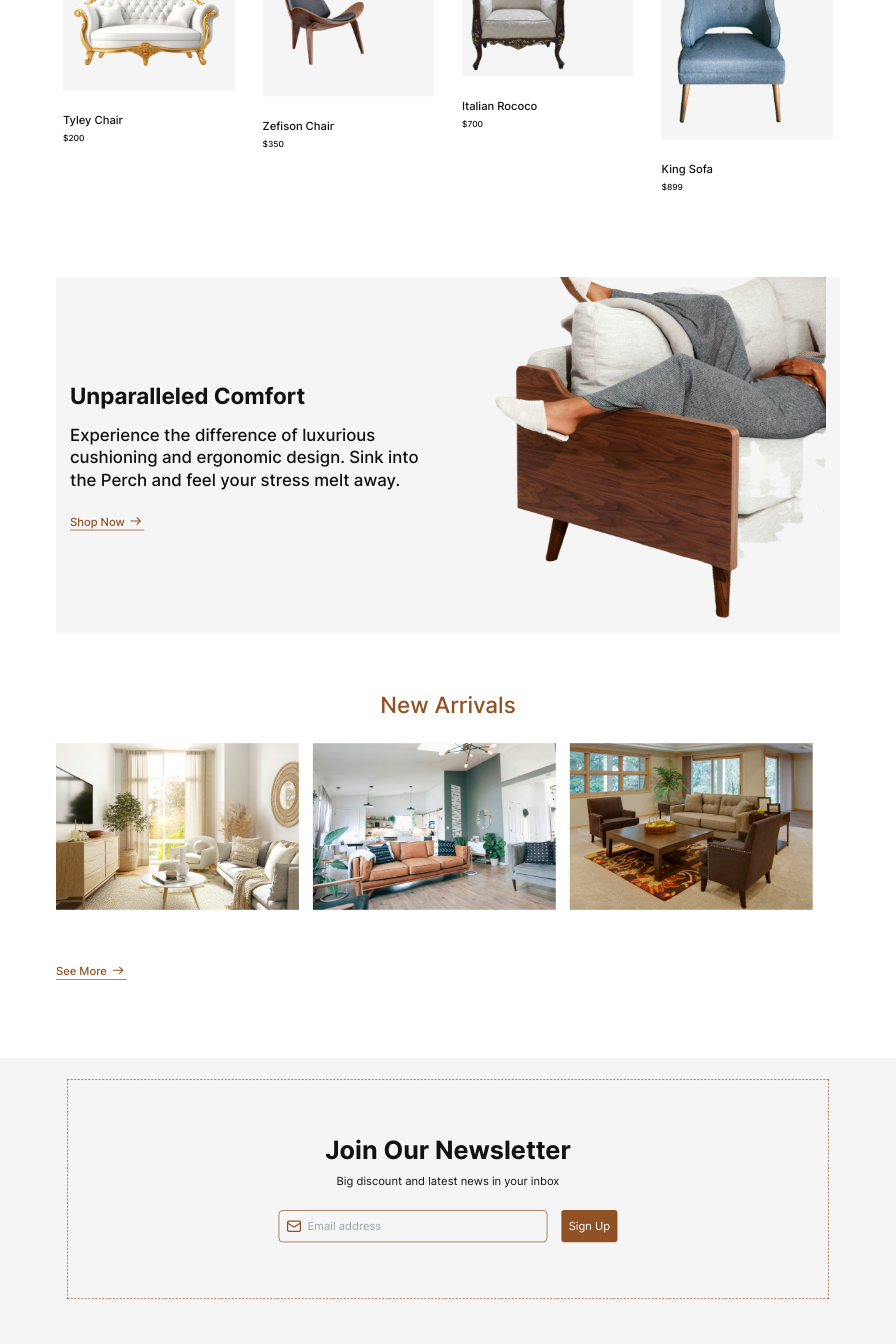
Repository: abdulmalikyusuf/HNG11-Stage02
Page: /
The author's editor kept a copy of each file at every save. The page is drawn from the files as they stood at one save, then again after the next save.
The browser window is 1280 px wide. The pictures show the part of the page from y = 1954 to 3874 px (the page is 4121 px tall before and 3975 px after), at 70% of full size.
The project was rebuilt for these pictures with package versions that can differ from the ones it lists, and the page was loaded fresh each time. Also part of the build but not shown: vite.config.ts.

Above is the page before, as saved 2024-07-07 17:09:09.

### index.html
<!DOCTYPE html>
<html lang="en">
  <head>
    <meta charset="UTF-8" />
    <!-- <link rel="icon" type="image/svg+xml" href="/vite.svg" /> -->
    <meta name="viewport" content="width=device-width, initial-scale=1.0" />
    <title>Pearch E-Commerce App</title>
  </head>
  <body>
    <div id="root"></div>
    <script type="module" src="/src/main.tsx"></script>
  </body>
</html>

### src/App.tsx
import { createBrowserRouter, RouterProvider } from "react-router-dom";

import RootLayout from "@/routes/root";
import IndexPage from "@/routes";
import "./App.css";

const router = createBrowserRouter([
  {
    path: "/",
    element: <RootLayout />,
    // errorElement: <ErrorPage />,
    children: [
      {
        index: true,
        element: <IndexPage />,
      },
      {
        path: "cart",
        element: <p>Cart</p>,
      },
      {
        path: "checkout",
        element: <p>Checkout</p>,
      },
    ],
  },
]);

function App() {
  return <RouterProvider router={router} />;
}

export default App;

### src/index.css
:root {
  font-family: Inter, system-ui, Avenir, Helvetica, Arial, sans-serif;
  line-height: 1.5;
  font-weight: 400;

  color-scheme: light dark;
  /* color: rgba(255, 255, 255, 0.87);
  background-color: #242424; */

  font-synthesis: none;
  text-rendering: optimizeLegibility;
  -webkit-font-smoothing: antialiased;
  -moz-osx-font-smoothing: grayscale;
}
@font-face {
  font-family: Inter;
  src: url(fonts/Inter.ttf) format("truetype");
}
@font-face {
  font-family: SpaceGrotesk;
  src: url(fonts/SpaceGrotesk.ttf) format("truetype");
}
@font-face {
  font-family: NicoMoji;
  src: url(fonts/NicoMoji-Regular.ttf) format("truetype");
}

### src/routes/root.tsx
import { Outlet } from "react-router-dom";

import Footer from "@/components/footer";
import Header from "@/components/header";

function RootLayout() {
  return (
    <>
      <Header />
      <Outlet />
      <div className="flow-root">
        <Footer />
      </div>
    </>
  );
}

export default RootLayout;

### src/routes/index.tsx
import { Link } from "react-router-dom";

import ChairHero from "@/assets/img/83417461_Slipper -2 1.png";
import Chair1 from "@/assets/img/vertical-shot-wooden-chair-white 1.png";
import Chair2 from "@/assets/img/83419490_Wingback Chair -4.png";
import Chair3 from "@/assets/img/7043761_861.png";
import BannerImage from "@/assets/img/unsplash_348dJPXEFHk.png";
import MoreChairImage1 from "@/assets/img/unsplash_Kh4tedFdHz4.png";
import MoreChairImage2 from "@/assets/img/unsplash_L7EwHkq1B2s.png";
import MoreChairImage3 from "@/assets/img/unsplash_Gh_UjjYoVwk.png";
import NewArrival1 from "@/assets/img/new-arrivals/81678229_Luxury white and golden sofa -3 1.png";
import NewArrival2 from "@/assets/img/new-arrivals/Paste image.png";
import NewArrival3 from "@/assets/img/new-arrivals/unsplash_IjTqniVFP1Y.png";
import NewArrival4 from "@/assets/img/new-arrivals/unsplash_ItMggD0EguY.png";

const newArrivals = [
  { image: NewArrival1, name: "Tyley Chair", price: 200 },
  { image: NewArrival2, name: "Zefison Chair", price: 350 },
  { image: NewArrival3, name: "Italian Rococo", price: 700 },
  { image: NewArrival4, name: "King Sofa", price: 899 },
];
function IndexPage() {
  return (
    <>
      <div className="flex items-center gap-24 bg-[#F5F5F5] px-[100px] py-13">
        <div className="flex flex-col gap-24">
          <div className="text-6xl font-bold">
            <h2 className="text-black">Elevate Your</h2>
            <h2 className="uppercase text-primary">comfort</h2>
          </div>
          <div className="font-semibold text-xl leading-6 flex flex-col gap-6">
            <p className="">Want comfort and style? Perch is for you.</p>
            <p className="text-primary">See collection</p>
          </div>
        </div>
        <div className="flex-1">
          <img src={ChairHero} alt="A chair from pearch website" className="" />
        </div>
      </div>
      <div className="px-4 md:px-10 lg:13 xl:px-20 2xl:px-24 flex flex-col gap-20 mb-28">
        <div className="py-[88px]">
          <div className="grid grid-cols-2 grid-rows-2 items-stretch gap-x-5 gap-y-6">
            <div className="row-span-2">
              <div className="p-[30px] bg-miscellaneous flex flex-col">
                <div className="flex-1 flex flex-col gap-3">
                  <h5 className="text-[28px] font-semibold">Scandinavian</h5>
                  <Link
                    to=""
                    className="w-fit font-medium text-primary border-b border-primary inline-flex items-center gap-1"
                  >
                    Shop Now{" "}
                    <span className="">
                      <svg
                        xmlns="http://www.w3.org/2000/svg"
                        width="24"
                        height="25"
                        viewBox="0 0 24 25"
                        fill="none"
                      >
                        <mask
                          id="mask0_18_143"
                          style={{ maskType: "alpha" }}
                          maskUnits="userSpaceOnUse"
                          x="0"
                          y="0"
                          width="24"
                          height="25"
                        >
                          <rect y="0.5" width="24" height="24" fill="#D9D9D9" />
                        </mask>
                        <g mask="url(#mask0_18_143)">
                          <path
                            d="M13.8462 18.1538L12.7923 17.0693L16.6115 13.25H4.5V11.75H16.6115L12.7923 7.93075L13.8462 6.84625L19.5 12.5L13.8462 18.1538Z"
                            fill="#905125"
                          />
                        </g>
                      </svg>
                    </span>
                  </Link>
                </div>
                <div className="self-end -mt-20">
                  <img src={Chair1} alt="" className="" />
                </div>
              </div>
            </div>
            <div className="p-[30px] bg-miscellaneous flex items-end justify-between">
              <div className="flex-1 flex flex-col gap-3">
                <h5 className="text-[28px] font-semibold">Chesterfield</h5>
                <Link
                  to=""
                  className="w-fit font-medium text-primary border-b border-primary inline-flex items-center gap-1"
                >
                  Shop Now{" "}
                  <span className="">
                    <svg
                      xmlns="http://www.w3.org/2000/svg"
                      width="24"
                      height="25"
                      viewBox="0 0 24 25"
                      fill="none"
                    >
                      <mask
                        id="mask0_18_143"
                        style={{ maskType: "alpha" }}
                        maskUnits="userSpaceOnUse"
                        x="0"
                        y="0"
                        width="24"
                        height="25"
                      >
                        <rect y="0.5" width="24" height="24" fill="#D9D9D9" />
                      </mask>
                      <g mask="url(#mask0_18_143)">
                        <path
                          d="M13.8462 18.1538L12.7923 17.0693L16.6115 13.25H4.5V11.75H16.6115L12.7923 7.93075L13.8462 6.84625L19.5 12.5L13.8462 18.1538Z"
                          fill="#905125"
                        />
                      </g>
                    </svg>
                  </span>
                </Link>
              </div>
              <img src={Chair2} alt="" className="" />
            </div>
            <div className="p-[30px] bg-miscellaneous flex items-end justify-between">
              <div className="flex-1 flex flex-col gap-3">
                <h5 className="text-[28px] font-semibold">Denatti</h5>
                <Link
                  to=""
                  className="w-fit font-medium text-primary border-b border-primary inline-flex items-center gap-1"
                >
                  Shop Now{" "}
                  <span className="">
                    <svg
                      xmlns="http://www.w3.org/2000/svg"
                      width="24"
                      height="25"
                      viewBox="0 0 24 25"
                      fill="none"
                    >
                      <mask
                        id="mask0_18_143"
                        style={{ maskType: "alpha" }}
                        maskUnits="userSpaceOnUse"
                        x="0"
                        y="0"
                        width="24"
                        height="25"
                      >
                        <rect y="0.5" width="24" height="24" fill="#D9D9D9" />
                      </mask>
                      <g mask="url(#mask0_18_143)">
                        <path
                          d="M13.8462 18.1538L12.7923 17.0693L16.6115 13.25H4.5V11.75H16.6115L12.7923 7.93075L13.8462 6.84625L19.5 12.5L13.8462 18.1538Z"
                          fill="#905125"
                        />
                      </g>
                    </svg>
                  </span>
                </Link>
              </div>
              <img src={Chair3} alt="" className="" />
            </div>
          </div>
        </div>
        <div className="">
          <h4 className="capitalize text-32 text-center text-primary font-medium">
            new arrivals
          </h4>
          <div className="mt-[30px]">
            <div className="flex gap-5">
              {newArrivals.map((chair) => (
                <div
                  key={chair.name}
                  className="flex-1 h-full py-10 px-2.5 flex flex-col gap-[30px]"
                >
                  <div className="flex items-center bg-miscellaneous">
                    <img
                      src={chair.image}
                      alt={`${chair.name} image`}
                      className=""
                    />
                  </div>
                  <div className="flex flex-col gap-1.5 text-primary-label font-medium">
                    <p className="">{chair.name}</p>
                    <small className="text-xs">${chair.price}</small>
                  </div>
                </div>
              ))}
            </div>
          </div>
        </div>
        <div className="px-5 bg-miscellaneous">
          <div className="flex items-center gap-16">
            <div className="flex-1 text-primary-label">
              <h4 className="text-32 font-bold">Unparalleled Comfort</h4>
              <p className="mt-4 text-2xl font-medium">
                Experience the difference of luxurious cushioning and ergonomic
                design. Sink into the Perch and feel your stress melt away.
              </p>
              <Link
                to=""
                className="mt-[30px] w-fit font-medium text-primary border-b border-primary inline-flex items-center gap-1"
              >
                Shop Now{" "}
                <span className="">
                  <svg
                    xmlns="http://www.w3.org/2000/svg"
                    width="24"
                    height="25"
                    viewBox="0 0 24 25"
                    fill="none"
                  >
                    <mask
                      id="mask0_18_143"
                      style={{ maskType: "alpha" }}
                      maskUnits="userSpaceOnUse"
                      x="0"
                      y="0"
                      width="24"
                      height="25"
                    >
                      <rect y="0.5" width="24" height="24" fill="#D9D9D9" />
                    </mask>
                    <g mask="url(#mask0_18_143)">
                      <path
                        d="M13.8462 18.1538L12.7923 17.0693L16.6115 13.25H4.5V11.75H16.6115L12.7923 7.93075L13.8462 6.84625L19.5 12.5L13.8462 18.1538Z"
                        fill="#905125"
                      />
                    </g>
                  </svg>
                </span>
              </Link>
            </div>
            <div className="flex-1">
              <img src={BannerImage} alt="" className="" />
            </div>
          </div>
        </div>

        <div className="">
          <h4 className="capitalize text-32 text-center text-primary font-medium">
            new arrivals
          </h4>
          <div className="mt-[30px] flex gap-5">
            {[MoreChairImage1, MoreChairImage2, MoreChairImage3].map(
              (img, i) => (
                <div key={`product-image-${i}`} className="">
                  <img src={img} alt="" className="" />
                </div>
              )
            )}
          </div>
          <div className="mt-11">
            <Link
              to=""
              className="mt-[30px] w-fit font-medium text-primary border-b border-primary inline-flex items-center gap-1"
            >
              See More{" "}
              <span className="">
                <svg
                  xmlns="http://www.w3.org/2000/svg"
                  width="24"
                  height="25"
                  viewBox="0 0 24 25"
                  fill="none"
                >
                  <mask
                    id="mask0_18_143"
                    style={{ maskType: "alpha" }}
                    maskUnits="userSpaceOnUse"
                    x="0"
                    y="0"
                    width="24"
                    height="25"
                  >
                    <rect y="0.5" width="24" height="24" fill="#D9D9D9" />
                  </mask>
                  <g mask="url(#mask0_18_143)">
                    <path
                      d="M13.8462 18.1538L12.7923 17.0693L16.6115 13.25H4.5V11.75H16.6115L12.7923 7.93075L13.8462 6.84625L19.5 12.5L13.8462 18.1538Z"
                      fill="#905125"
                    />
                  </g>
                </svg>
              </span>
            </Link>
          </div>
        </div>
      </div>
    </>
  );
}

export default IndexPage;

### src/components/footer.tsx
import React from "react";
import { Icons } from "./icons";

function Footer() {
  return (
    <footer className="py-[30px] bg-miscellaneous px-24 h[80vh] flex flex-col justify-between gap-16">
      <div className="flex flex-col items-center gap-[30px] py-20 border border-primary border-dashed">
        <div className="text-center text-primary-label">
          <h3 className="text-4xl font-bold">Join Our Newsletter</h3>
          <p className="mt-3">Big discount and latest news in your inbox</p>
        </div>
        <div className="flex gap-5">
          <div className="flex rounded-md w-96 border border-primary items-center gap-2 p-2.5">
            <Icons.mail className="size-[22px] stroke-primary" />
            <input
              type="email"
              name=""
              id=""
              placeholder="Email address"
              className="bg-transparent text-[rgba(18,_18,_18,_0.50)] font-medium placeholder:font-normal focus:outline-none"
            />
          </div>
          <button
            type="submit"
            className="bg-primary rounded p-2.5 capitalize text-white"
          >
            sign up
          </button>
        </div>
      </div>
      <div className="flex flex-col gap-4 items-center">
        <h4 className="py-2 text-32 text-label-primary font-nico-moji">
          Perch
        </h4>
        <ul className="flex gap-4 text-xl font-medium text-primary-label">
          <li className="">About Us</li>
          <li className="">Contact Us</li>
          <li className="">Privacy</li>
          <li className="">My Account</li>
        </ul>
      </div>
      <div className="py-2.5 -mx-24 border-t border-primary text-center">
        <p className="font-medium text-primary">© 2024 Perch Store</p>
      </div>
    </footer>
  );
}

export default Footer;

### src/components/header.tsx
import { cn } from "@/lib/utils";
import { Icons } from "@/components/icons";
import { Link } from "react-router-dom";
import { CartButton } from "./cart-button";

function Header() {
  return (
    <header
      className={cn(
        "h-[46px] md:h-[68px] relative flex items-center justify-between px-4 md:px-10 lg:13 xl:px-20 2xl:px-24",
        "bg-[#F5F5F5] border-transparent text-black-900 [--logo-fill:#121212]"
      )}
    >
      <div className="flex items-center justify-center gap-3 md:gap-6">
        <button type="button" className="md:hidden">
          <Icons.hamburgerMenu className="size-[26px] md:size-7" />
        </button>
        <Link to="/" className="py-2">
          <span className="text-[32px] leading-normal text-primary-label font-nico-moji capitalize">
            pearch
          </span>
        </Link>
      </div>
      <div className="hidden md:flex justify-center">
        <ul className="flex gap-10">
          {["Home", "Shop", "Products", "Pages"].map((menu) => (
            <li key={menu}>
              <span
                className={cn(
                  "flex items-center justify-center w-fit hover:border-b font-space-grotesk transition-colors focus-visible:outline-none focus-visible:ring-1 focus-visible:ring-ring disabled:pointer-events-none",
                  "gap-0.5 button-xs",
                  "text-black-900 hover:text-black-400 disabled:text-black-700"
                )}
              >
                {menu}{" "}
                <Icons.chevronDown
                  className="size-[18px] relative top-[1px] transition-transform duration-200 ease-in group-data-[state=open]:-rotate-180"
                  aria-hidden
                />
              </span>
            </li>
          ))}

          {/* <NavigationMenu.Link
                  className={cn(
                    "hover:border-b font-space-grotesk transition-colors focus-visible:outline-none focus-visible:ring-1 focus-visible:ring-ring disabled:pointer-events-none",
                    "gap-0.5 button-xs",
                    "text-black-900 hover:text-black-400 disabled:text-black-700"
                  )}
                  href="https://github.com/radix-ui"
                >
                  {menu.title}{" "}
                </NavigationMenu.Link> */}
        </ul>
      </div>
      <div className="flex gap-5 items-center">
        <button type="button" className="hidden md:inline-flex size-7">
          <Icons.search className="" />
        </button>
        <button className="hidden md:inline-flex size-7">
          <Icons.user className="" />
        </button>
        <CartButton numOfItems={2} />
      </div>
    </header>
  );
}

export default Header;

### src/lib/utils.ts
import { type ClassValue, clsx } from "clsx";
import { twMerge } from "tailwind-merge";

export function cn(...inputs: ClassValue[]) {
	return twMerge(clsx(inputs));
}
export function formatPrice(
	price: number | string,
	currency: "USD" | "EUR" | "GBP" | "BDT" = "USD",
	notation: "compact" | "engineering" | "scientific" | "standard" = "standard",
) {
	return new Intl.NumberFormat("en-US", {
		style: "currency",
		currency,
		notation,
	}).format(Number(price));
}

export function arrayRange(start: number, stop: number, step: number) {
	return Array.from(
		{ length: (stop - start) / step + 1 },
		(value, index) => start + index * step,
	);
}

### src/components/cart-button.tsx
import { forwardRef, type ButtonHTMLAttributes } from "react";
import { Slot } from "@radix-ui/react-slot";

import { cn } from "@/lib/utils";
import { Icons } from "@/components/icons";

export interface CartButtonProps
  extends ButtonHTMLAttributes<HTMLButtonElement> {
  numOfItems: number;
  asChild?: boolean;
}

const CartButton = forwardRef<HTMLButtonElement, CartButtonProps>(
  ({ numOfItems, asChild, ...props }, ref) => {
    const Comp = asChild ? Slot : "button";
    return (
      <Comp
        ref={ref}
        {...props}
        type="button"
        className="inline-flex items-center gap-0.5 w-[50px] h-[26px] sm:h-7"
      >
        <Icons.cart className="size-[26px] sm:size-7 text-[var(--icon-colour)]" />
        <span
          className={cn(
            "inline-flex items-center justify-center size-5 rounded-full text-xs leading-[10px] font-inter font-bold",
            "bg-primary text-white [--icon-colour:var(--black-900)]"
          )}
        >
          {numOfItems}
        </span>
      </Comp>
    );
  }
);

CartButton.displayName = "CartButton";

export { CartButton };

### tailwind.config.ts
import { Config } from "tailwindcss";

export default {
  content: ["./index.html", "./src/**/*.{js,ts,jsx,tsx}"],
  theme: {
    fontFamily: {
      "space-grotesk": ["SpaceGrotesk"],
      inter: ["Inter"],
      "nico-moji": ["NicoMoji"],
    },
    extend: {
      padding: {
        13: "52px",
      },
      fontSize: {
        32: "32px",
      },
      colors: {
        primary: {
          DEFAULT: "#905125",
          label: "#121212",
        },
        miscellaneous: "#F5F5F5",
      },
    },
  },
  plugins: [],
} satisfies Config;

Loaded but not shown: src/main.tsx (common file); src/App.css (common file); src/components/icons.tsx (297 lines, source omitted)

After the next save:
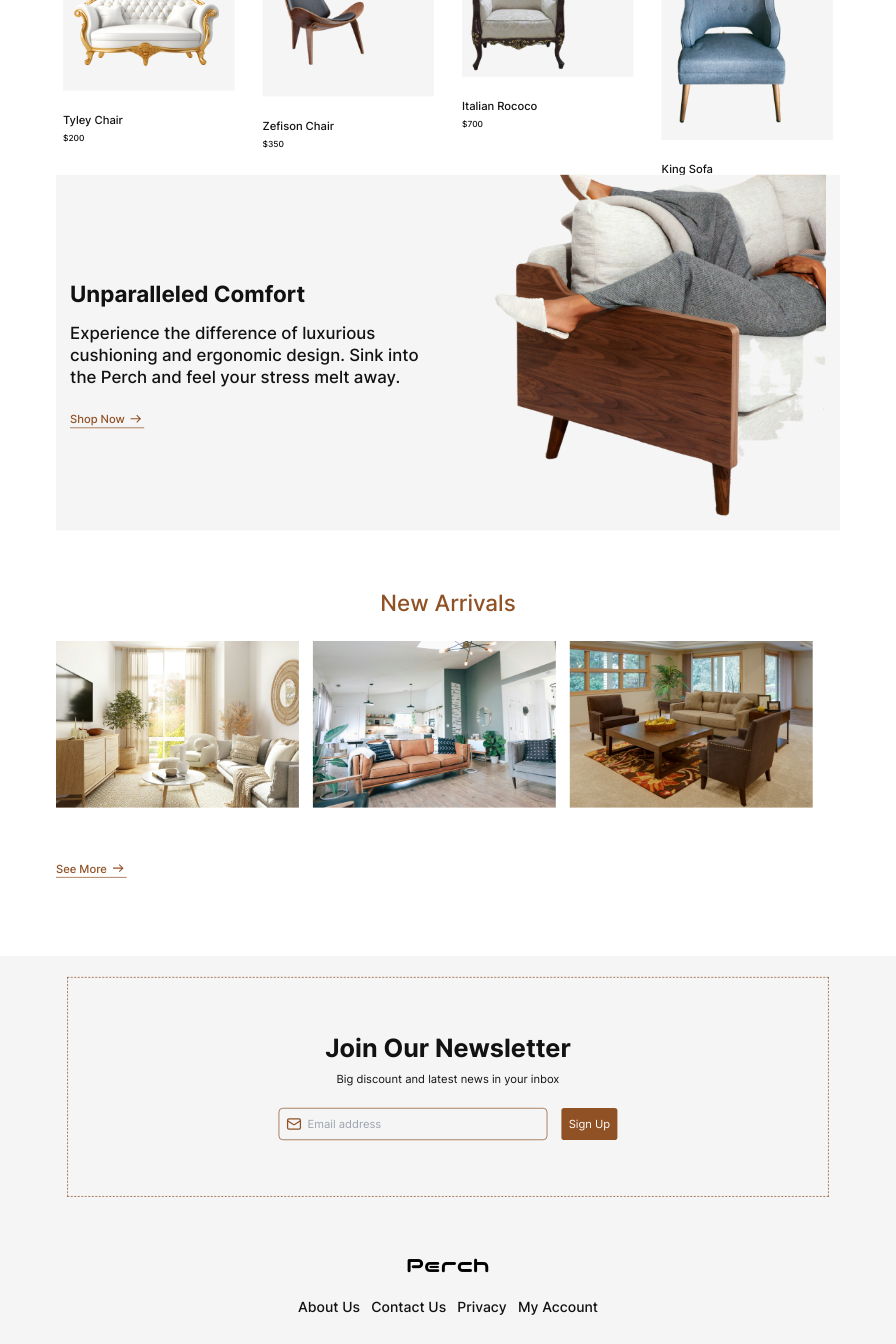
Saved 23 s later.
--- a/src/routes/index.tsx
+++ b/src/routes/index.tsx
@@ -172,7 +172,7 @@
               {newArrivals.map((chair) => (
                 <div
                   key={chair.name}
-                  className="flex-1 h-full py-10 px-2.5 flex flex-col gap-[30px]"
+                  className="flex-1 h-[294px] py-10 px-2.5 flex flex-col gap-[30px]"
                 >
                   <div className="flex items-center bg-miscellaneous">
                     <img
